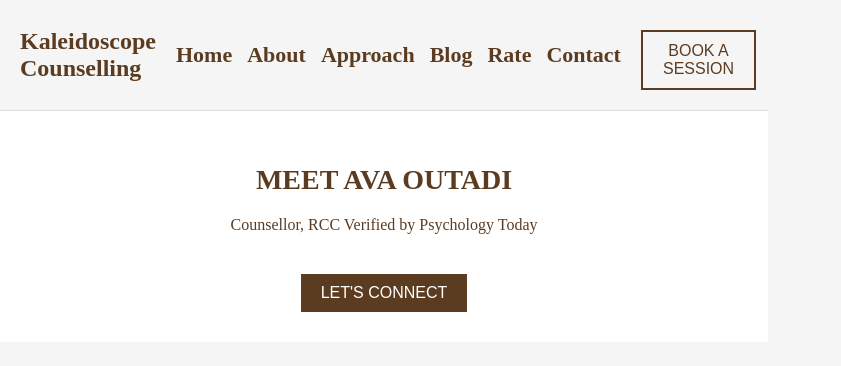
Repository: voutadi/project2
Page: index.html
An editor plug-in stored every save of this project. The page is shown before and after the next save, followed by the edit.
The browser window is 768 px wide. The page is 768 px wide, then 841 px, so the pictures cover 841 px, including what lies to the right of the window. The pictures show the whole page.

Above is the page before, as saved 2024-07-05 16:40:58.

### index.html
<!DOCTYPE html>
<html lang="en">
  <head>
    <meta charset="UTF-8" />
    <meta name="viewport" content="width=device-width, initial-scale=1.0" />
    <title>Kaleidoscope Counselling</title>
    <link rel="stylesheet" href="styles/style.css" />
  </head>
  <body>
    <header>
      <div class="logo-container">
        <div class="logo">
          Kaleidoscope <br />
          Counselling
        </div>
      </div>
      <nav class="navbar">
        <ul>
          <li><a href="#home">Home</a></li>
          <li><a href="#about">About</a></li>
          <li><a href="#approach">Approach</a></li>
          <li><a href="#blog">Blog</a></li>
          <li><a href="#rate">Rate</a></li>
          <li><a href="#contact">Contact</a></li>
        </ul>
      </nav>
      <button class="book-session">BOOK A SESSION</button>
    </header>

    <main>
      <section class="intro">
        <h1>MEET AVA OUTADI</h1>
        <p>Counsellor, RCC Verified by Psychology Today</p>
        <button class="get-started">LET'S CONNECT</button>
      </section>
    </main>
  </body>
</html>

### styles/style.css
/* styles/style.css */

body {
    font-family: 'Arial, sans-serif';
    color: #5c3c20;
    background-color: #f5f5f5;
    margin: 0;
    padding: 0;
}

header {
    display: flex;
    justify-content: space-between;
    align-items: center;
    padding: 20px;
    background-color: #f5f5f5;
    border-bottom: 1px solid #ddd;
}

.logo-container .logo {
    font-size: 24px;
    font-weight: bold;
}

.navbar ul {
    list-style: none;
    display: flex;
    gap: 40px;
    margin: 0;
    padding: 0;
}

.navbar a {
    text-decoration: none;
    color: #5c3c20;
    font-weight: bold;
    font-size: 22PX;
}

.book-session {
    background-color: transparent;
    border: 2px solid #5c3c20;
    color: #5c3c20;
    padding: 10px 20px;
    font-size: 16px;
    cursor: pointer;
}

main .intro {
    text-align: center;
    padding: 30px 20px;
    background-color: #fff;
    color: #5c3c20;
}

.intro h1 {
    font-size: 32px;
    margin-bottom: 20px;
}

.intro p {
    font-size: 18px;
    margin-bottom: 40px;
}

.intro .get-started {
    background-color: #5c3c20;
    color: #fff;
    border: none;
    padding: 15px 30px;
    font-size: 18px;
    cursor: pointer;
}

/* Add to styles/style.css */

/* Mobile styles */
@media (max-width: 375px) {
    header {
        flex-direction: column;
        align-items: flex-start;
    }

    .navbar ul {
        flex-direction: column;
        gap: 10px;
    }
    .navbar a{
        font-size:  14px;
    }

    .book-session {
        margin-top: 10px;
    }

    .intro h1 {
        font-size: 24px;
    }

    .intro p {
        font-size: 16px;
    }

    .intro .get-started {
        padding: 10px 20px;
        font-size: 16px;
    }


}

@media (min-width: 376px) and (max-width: 800px) {


    .navbar ul {

        gap: 15px;
    }
    .navbar a{
        font: size 16px;
    }

    .book-session {
        margin-top: 10px;
    }

    .intro h1 {
        font-size: 28px;
    }

    .intro p {
        font-size: 16px;
    }

    .intro .get-started {
        padding: 10px 20px;
        font-size: 16px;
    }
    .navbar{
        margin-left: 20px;
        margin-right: 20px;
    }


}

After the next save:
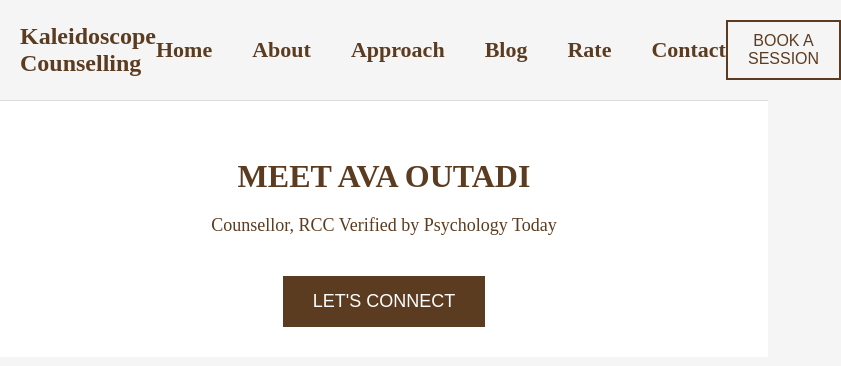
Saved 115 s later.
--- a/styles/style.css
+++ b/styles/style.css
@@ -108,38 +108,3 @@
 
 
 }
-
-@media (min-width: 376px) and (max-width: 800px) {
-
-
-    .navbar ul {
-
-        gap: 15px;
-    }
-    .navbar a{
-        font: size 16px;
-    }
-
-    .book-session {
-        margin-top: 10px;
-    }
-
-    .intro h1 {
-        font-size: 28px;
-    }
-
-    .intro p {
-        font-size: 16px;
-    }
-
-    .intro .get-started {
-        padding: 10px 20px;
-        font-size: 16px;
-    }
-    .navbar{
-        margin-left: 20px;
-        margin-right: 20px;
-    }
-
-
-}
